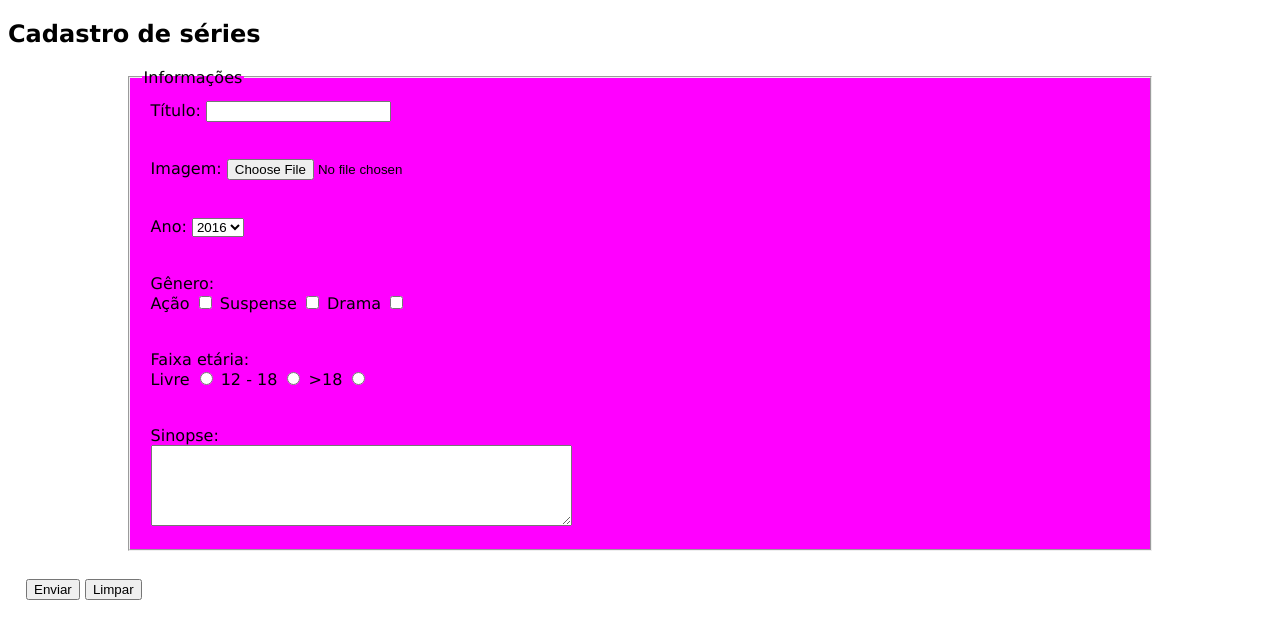
Repository: shamanickCoder/FIAP
Page: Desenvolvimentos de Sistemas Web/1 semestre/Javascript/CSS-AULAS/09-CSS/WebContent/cadastro.html
These files come from the project's save history. The page is drawn as it stood at one moment and after the next save; the edit follows.
The browser window is 1280 px wide. The pictures show the whole page.

Above is the page before, as saved 2016-03-30 11:52:36.

### Desenvolvimentos de Sistemas Web/1 semestre/Javascript/CSS-AULAS/09-CSS/WebContent/cadastro.html
<!DOCTYPE html>
<html>
<head>
<meta charset="UTF-8">
<link href = "estilo.css" type = "text/css" rel = "stylesheet">
<title>Cadastro de séries</title>
</head>
<body>
<h2>Cadastro de séries</h2>
<div class = "campo">
<form action = "cadastro" method = "post">
 <fieldset>
  <legend>Informações</legend>
  <div class = "campo">
   <label for = "titulo">Título:</label>
   <input type = "text" name = "titulo" id = "titulo">
  </div>
  <br>
  <div class = "campo">
   <label for = "imagem">Imagem:</label>
   <input type = "file" value = "Procurar" name = "imagem" id = "imagem">
  </div>
  <br>
  <div class = "campo">
   <label for = "ano">Ano:</label>
   <select name = "ano" id = "ano">
    <option>2016</option>
    <option>2015</option>
    <option>2014</option>
    <option>2013</option>
    <option>2012</option>
   </select>
  </div>
  <br>
  <div class = "campo">
   Gênero:
   <br>
   <label for = "acao">Ação</label> <input type = "checkbox" name = "acao" id = "acao">
   <label for = "suspense">Suspense</label> <input type = "checkbox" name = "suspense" id = "suspense">
   <label for = "drama">Drama</label> <input type = "checkbox" name = "drama" id = "drama">
  </div>
  <br>
  <div class = "campo">
   Faixa etária:
   <br>
   <label for = "livre">Livre</label> <input type = "radio" name = "faixa" id = "livre">
   <label for = "doze">12 - 18</label> <input type = "radio" name = "faixa" id = "doze">
   <label for = "dezoito">>18</label> <input type = "radio" name = "faixa" id = "dezoito">
  </div>
  <br>
  <div class = "campo">
   <label for = "sinopse">Sinopse:</label>
   <br>
   <textarea rows = "5" cols = "50" id = "sinopse" name = "sinopse"></textarea>
  </div>
 </fieldset>
 <br>
 <div class = "campo">
  <input type = "submit" value = "Enviar">
  <input type = "reset" value = "Limpar">
 </div>
</form>
</div>
</body>
</html>

### Desenvolvimentos de Sistemas Web/1 semestre/Javascript/CSS-AULAS/09-CSS/WebContent/estilo.css
body {
	font-family: Verdana, Sans-serif;
}
.campo {
	margin: 9px;
}
fieldset {
	background-color: fuchsia;
	width: 80%; /*largura*/
	margin: auto; /*centralizar*/
}
label {
	width: 150px;
}

After the next save:
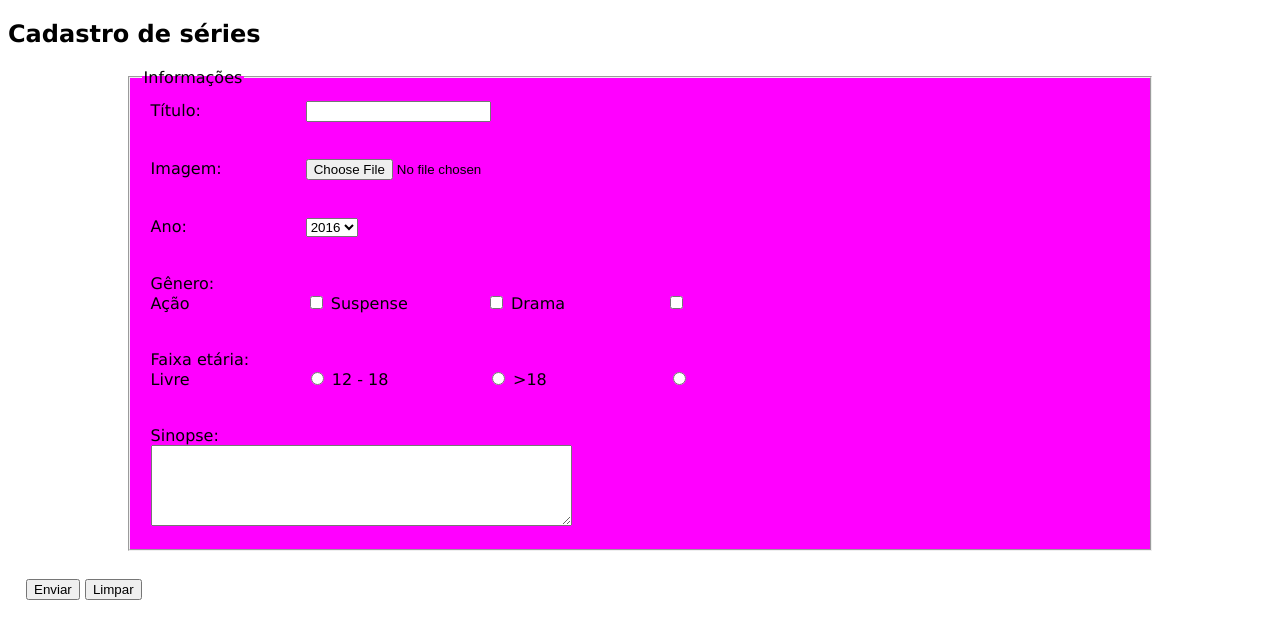
Saved 82 s later.
--- a/Desenvolvimentos de Sistemas Web/1 semestre/Javascript/CSS-AULAS/09-CSS/WebContent/estilo.css
+++ b/Desenvolvimentos de Sistemas Web/1 semestre/Javascript/CSS-AULAS/09-CSS/WebContent/estilo.css
@@ -11,4 +11,5 @@ fieldset {
 }
 label {
 	width: 150px;
+	display: inline-block;
 }
